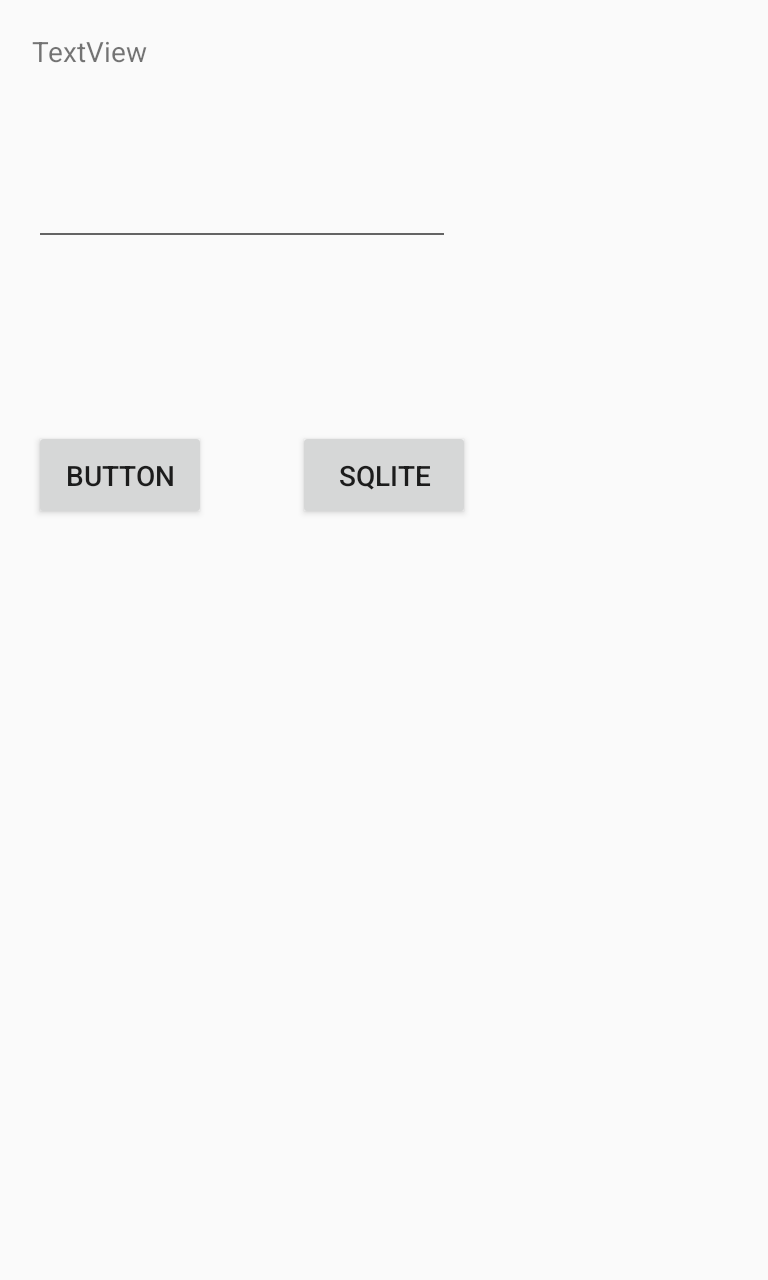
Repository: vampire08ms/Android_Project
Layout: Ring/res/layout/activity_main_activity1.xml
An editor plug-in stored every save of this project. The layout is shown before and after the next save, followed by the edit.
It is drawn on a 768 x 1280 px phone screen (xhdpi) without system bars, with theme AppTheme; the app's code is not run.

Above is the layout before, as saved 2015-02-21 08:29:27.

After the next save:
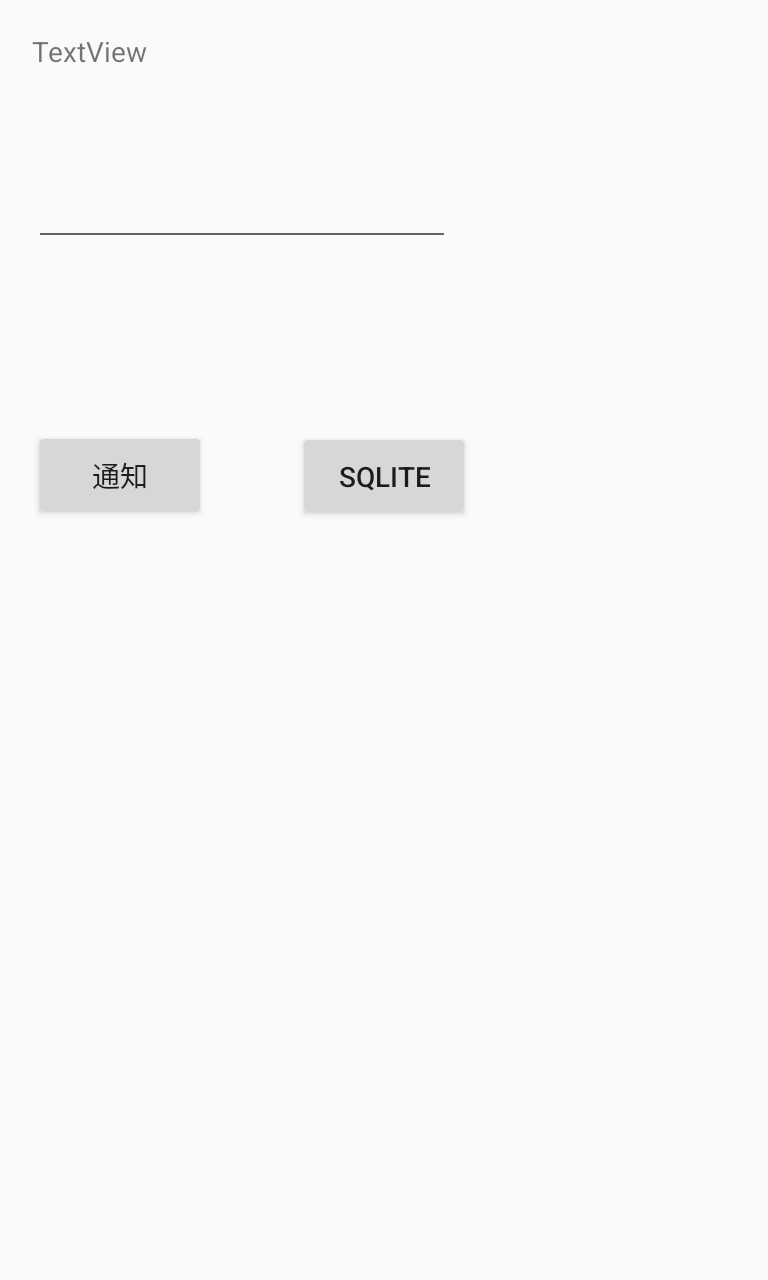
Saved 21 h 2 min later.
--- a/Ring/res/layout/activity_main_activity1.xml
+++ b/Ring/res/layout/activity_main_activity1.xml
@@ -32,7 +32,7 @@
         android:layout_alignLeft="@+id/editText1"
         android:layout_below="@+id/editText1"
         android:layout_marginTop="88dp"
-        android:text="Button" />
+        android:text="通知" />
 
     <EditText
         android:id="@+id/editText1"
